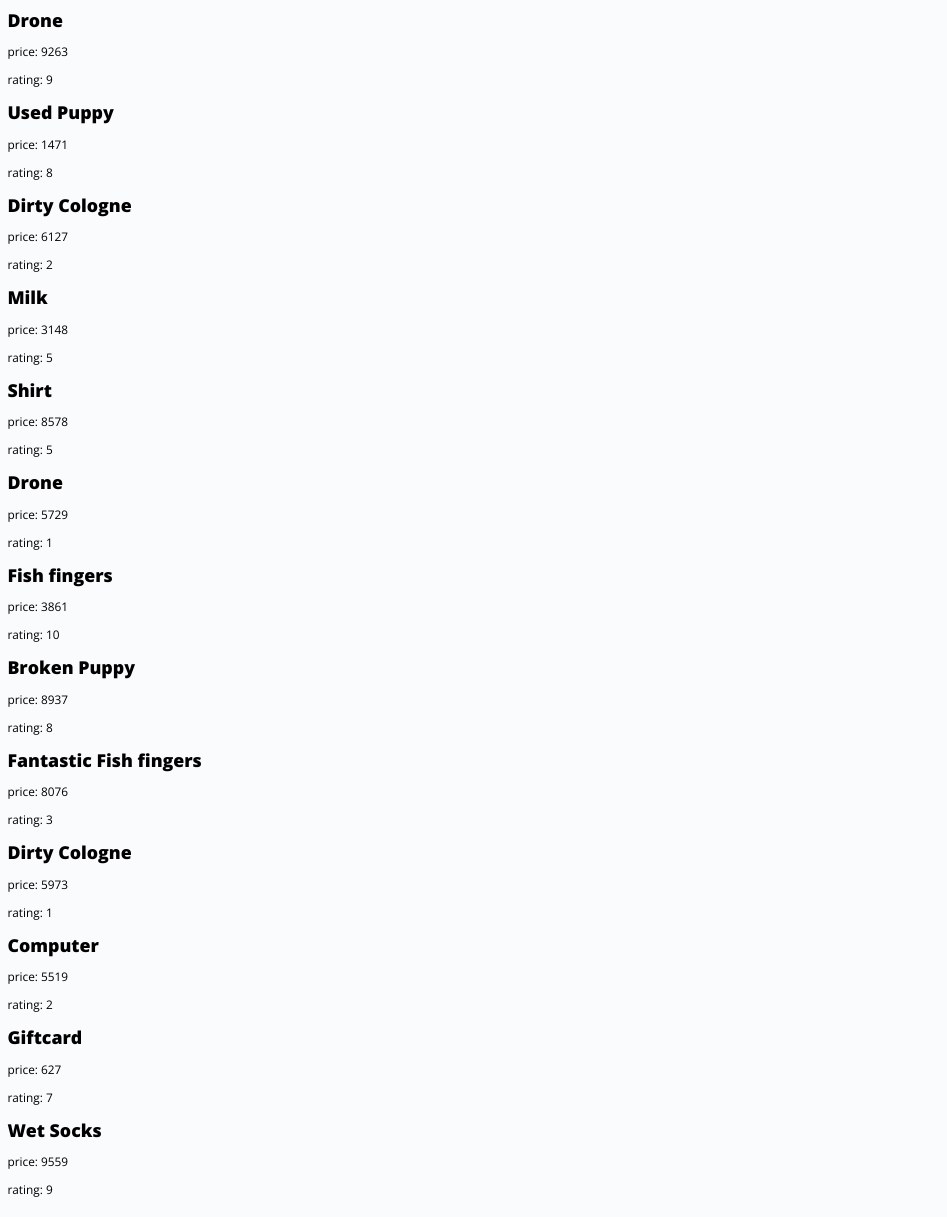
Repository: andrii1/hyf-homework
Page: javascript/javascript2/week2/hyf-bay/index.html
An editor plug-in stored every save of this project. The page is shown before and after the next save, followed by the edit.
The browser window is 1280 px wide. The pictures show the whole page, at 74% of full size.

Above is the page before, as saved 2022-06-30 14:30:05.

After the next save:
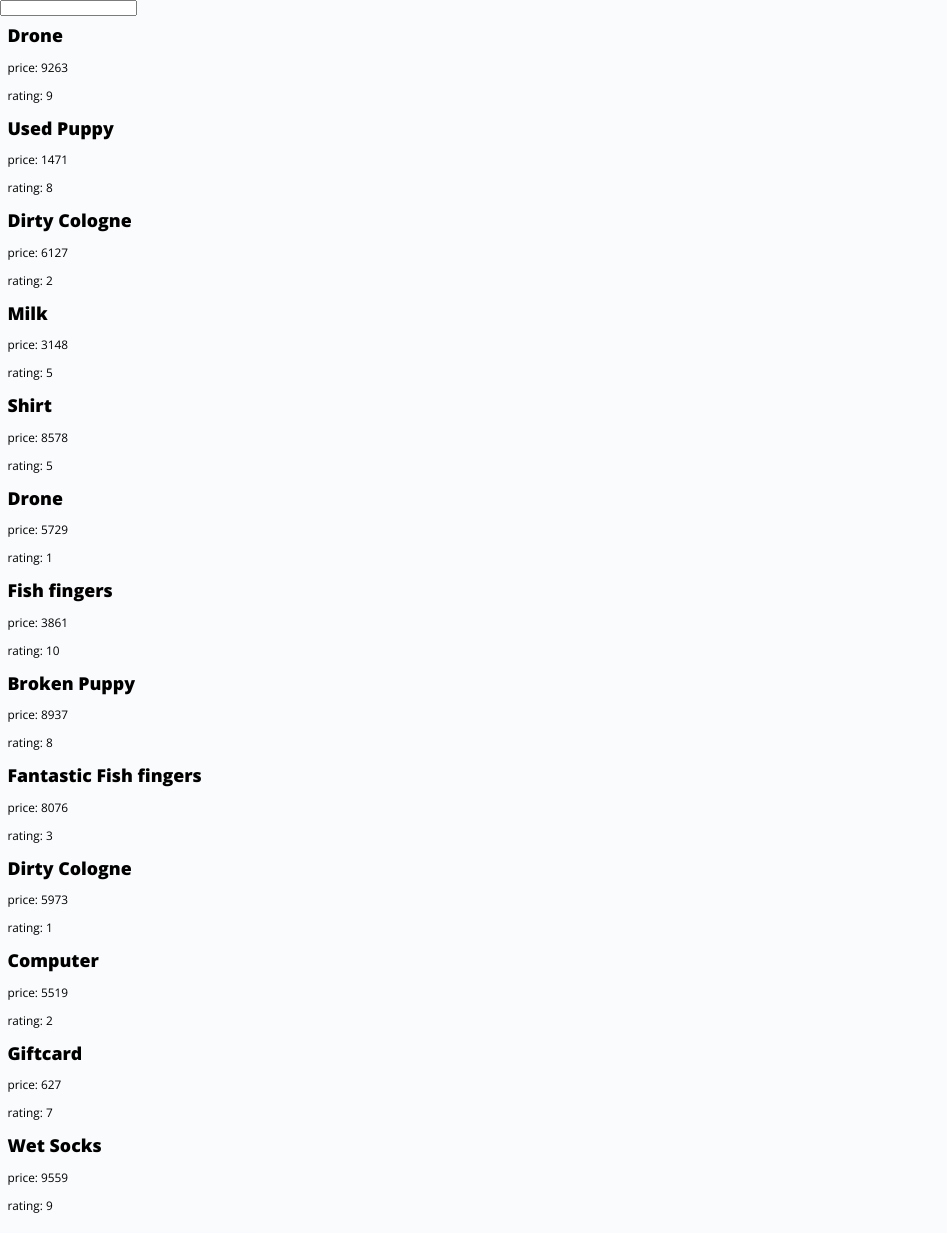
Saved 2 days later.
--- a/javascript/javascript2/week2/hyf-bay/index.html
+++ b/javascript/javascript2/week2/hyf-bay/index.html
@@ -2,11 +2,15 @@
   <title>HyfBay</title>
   <meta name="viewport" content="width=device-width, initial-scale=1" />
   <link rel="stylesheet" type="text/css" href="main.css" />
-  <link href="https://fonts.googleapis.com/css?family=Open+Sans:400,800" rel="stylesheet" />
+  <link
+    href="https://fonts.googleapis.com/css?family=Open+Sans:400,800"
+    rel="stylesheet"
+  />
 </head>
 
 <body>
   <main>
+    <input type="text" />
     <ul id="list"></ul>
   </main>
   <script src="hyfBayHelpers.js"></script>
